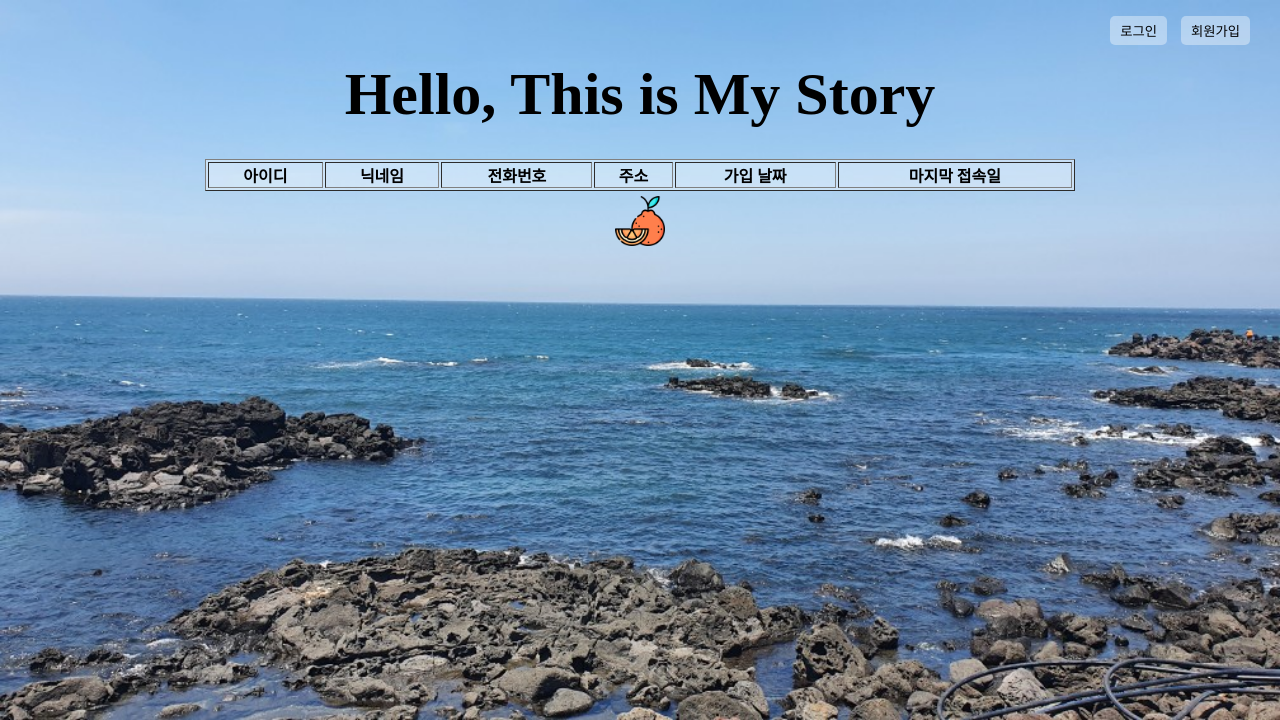
Repository: jeeniii/test2022_12_29
Page: http://localhost/portfolio/member/list.jsp
The author's editor kept a copy of each file at every save. The page is drawn from the files as they stood at one save, then again after the next save.
The browser window is 1280 px wide. The pictures show the whole page.
The page is served by Tomcat 9. Other server files are loaded and not shown. The template is opened directly, without the code that normally fills it, so the values that code supplies are empty.

Above is the page before, as saved 2022-12-14 01:07:02.

### JSP_Portfolio/portfolio/src/main/webapp/member/list.jsp
<%@ page language="java" contentType="text/html; charset=UTF-8"
    pageEncoding="UTF-8"%>
    <%@ taglib uri="http://java.sun.com/jsp/jstl/core" prefix="c" %>
<!DOCTYPE html>
<html>
<head>
<meta charset="UTF-8">
<title>Insert title here</title>
<%@ include file="/header.jsp" %>
<link rel="stylesheet" href="/resources/css/memberlist.css" type="text/css">
</head>
<body>
<div class="turnup">
<table border="1">
		<tr>
			<th>아이디</th>
			<th>닉네임</th>
			<th>전화번호</th>
			<th>주소</th>
			<th>가입 날짜</th>
			<th>마지막 접속일</th>
		</tr>
	<c:forEach items="${list }" var="mvo">
		<tr>
			<td>${mvo.id }</td>
			<td>${mvo.nick_name }</td>
			<td>${mvo.phone }</td>
			<td>${mvo.addr }</td>
			<td>${mvo.reg_at }</td>
			<td>${mvo.last_login }</td>
		</tr>
	</c:forEach>
</table>
</div>
<section>
</section>
<%@ include file="/footer.jsp" %>
</body>
</html>

### JSP_Portfolio/portfolio/src/main/webapp/header.jsp
<%@ page language="java" contentType="text/html; charset=UTF-8"
    pageEncoding="UTF-8"%>
    <%@ taglib uri="http://java.sun.com/jsp/jstl/core" prefix="c" %>
<!DOCTYPE html>
<html>
<head>
<meta charset="UTF-8">

<link rel="stylesheet" href="/resources/css/header.css" type="text/css">
</head>
<body>
	<header>
		<div class="realHeader">
			<div class="headbar">
				<ul>

					<c:if test="${ses.id ne null }">
						<li>
							${ses.nick_name }님
						</li>
						<li>
							<a href="/mem/logout?id=${ses.id }"><button type="button">로그아웃</button></a>
						</li>
						<li>
							<a href="/mem/modify?id=${ses.id }"><button type="button">회원정보수정</button></a>
						</li>
					</c:if>

					<c:if test="${ses.id eq null }">
						<li>
							<a href="/mem/login"><button type="button">로그인</button></a>
						</li>
						<li>
							<a href="/mem/join"><button type="button"> 회원가입</button></a>
						</li>
					</c:if>
				</ul>
			</div>
		</div>
		<div class="topic">
			<h1>Hello, This is My Story</h1>
		</div>
	</header>
</body>
</html>

### JSP_Portfolio/portfolio/src/main/webapp/footer.jsp
<%@ page language="java" contentType="text/html; charset=UTF-8"
    pageEncoding="UTF-8"%>
    <%@ taglib uri="http://java.sun.com/jsp/jstl/core" prefix="c" %>
<!DOCTYPE html>
<html>
<head>
<meta charset="UTF-8">
<title>Insert title here</title>
<link rel="stylesheet" href="/resources/css/footer.css" type="text/css">
</head>
<body>
<footer>
		<a href="/" id="hanlabtn"><button type="button"><img src="/resources/한라봉.png" id="hanlabong"></button></a>
</footer>
</body>
</html>

### JSP_Portfolio/portfolio/src/main/webapp/resources/css/header.css
@charset "UTF-8";
* {
    margin: 0;
    padding: 0;
    box-sizing: border-box;
}
body{
	width:100%;
	height:100%;
	background-image: url("/resources/제주 바다.jpg");
	background-repeat: no-repeat;
	background-size: cover;
}
.topic{
	text-align: center;
	font-size: 30px;
}
.realHeader{
	height: 60px;
}
.headbar{
	display: flex;
	align-items: center;
	float: right;
	padding: 0px 30px;
	height: 60px;
}
.headbar>ul{
    list-style-type: none;
}
.headbar>ul>li{
	display: inline;;
	margin-left: 10px;
	line-height: 30px;
	vertical-align: middle;
}
.headbar>ul>li>a{
	font-size: 20px;
	font-weight: 700px;
	color: black;
    text-decoration-line:none ;
}
button[type="button"]{
	border: 0px;
	padding: 5px 10px;
	border-radius: 5px;
	background-color: rgba(255, 255, 255, 0.377);
}

### JSP_Portfolio/portfolio/src/main/webapp/resources/css/memberlist.css
@charset "UTF-8";

table {
	margin-top: 30px;
    margin-left:auto;
    margin-right:auto;
    width: 870px;
    background-color: rgba(255, 255, 255, 0.377);
}

### JSP_Portfolio/portfolio/src/main/webapp/resources/css/footer.css
@charset "UTF-8";
#hanlabong{
    width: 50px;
    height: 50px;
}

#hanlabtn{
	background-color: transparent;
	border:none;
	cursor: pointer;
}
#hanlabtn button{
	background-color: transparent;
	border:none;
	cursor: pointer;

}
#hanlabtn:hover{
	transform:scale(1.5);
  	transition: transform .5s;
}
footer{
	width: 100%;
	display: flex;
	justify-content: center;
}

After the next save:
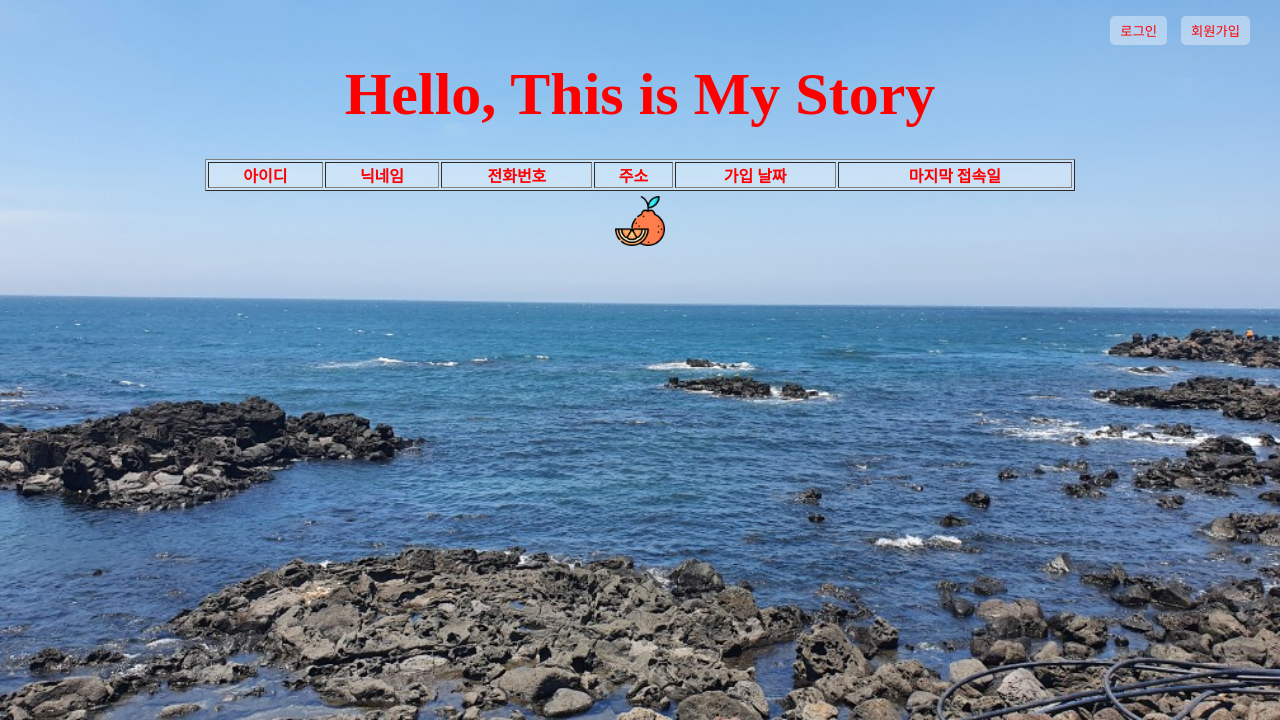
Saved 51 s later.
--- a/JSP_Portfolio/portfolio/src/main/webapp/resources/css/memberlist.css
+++ b/JSP_Portfolio/portfolio/src/main/webapp/resources/css/memberlist.css
@@ -7,3 +7,7 @@
     width: 870px;
     background-color: rgba(255, 255, 255, 0.377);
 }
+*{
+	color: red;
+
+}
